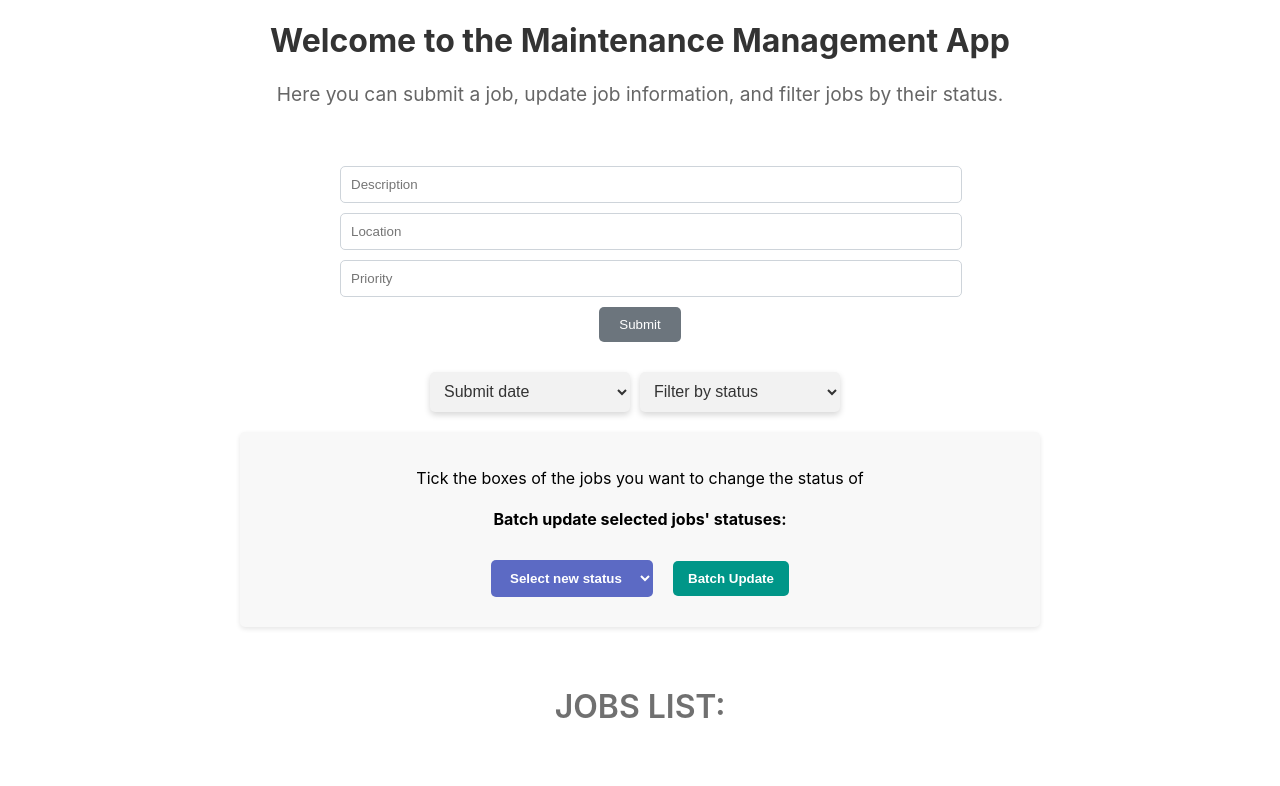
Repository: mikasteyn999/Maintenance-Manager-App
Page: / (app in frontend/)
The author's editor kept a copy of each file at every save. The page is drawn from the files as they stood at one save, then again after the next save.
The browser window is 1280 px wide. The pictures show the whole page.
The page's requests for data from a server got no answer. The project was rebuilt for these pictures with package versions that can differ from the ones it lists, and the page was loaded fresh each time. No one was signed in, and anything a server would have sent is missing. Also part of the build but not shown: frontend/src/style/Job.css, frontend/src/components/Job.js, frontend/src/style/JobUpdateForm.css, frontend/src/components/JobUpdateForm.js.

Above is the page before, as saved 2023-06-05 16:54:53.

After the next save:
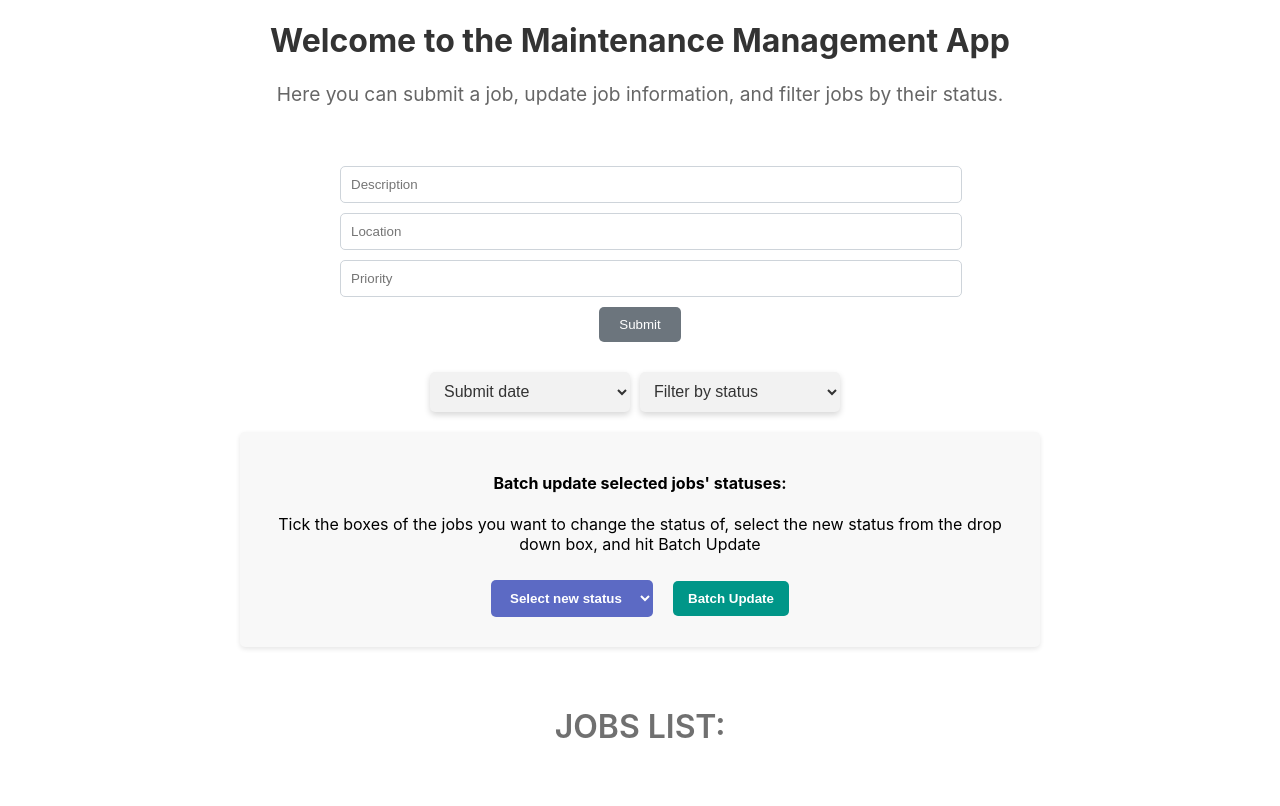
Saved 40 s later.
--- a/frontend/src/components/JobsList.js
+++ b/frontend/src/components/JobsList.js
@@ -115,8 +115,8 @@ const JobsList = () => {
 
         {/* Batch update */}
         <div className='batch-update'>
-          <p>Tick the boxes of the jobs you want to change the status of</p>
           <h4>Batch update selected jobs' statuses:</h4>
+          <p>Tick the boxes of the jobs you want to change the status of, select the new status from the drop down box, and hit Batch Update</p>
           <select id="batchStatusUpdate" name="batchStatusUpdate">
             <option value="">Select new status</option>
             <option value="Submitted">Submitted</option>
